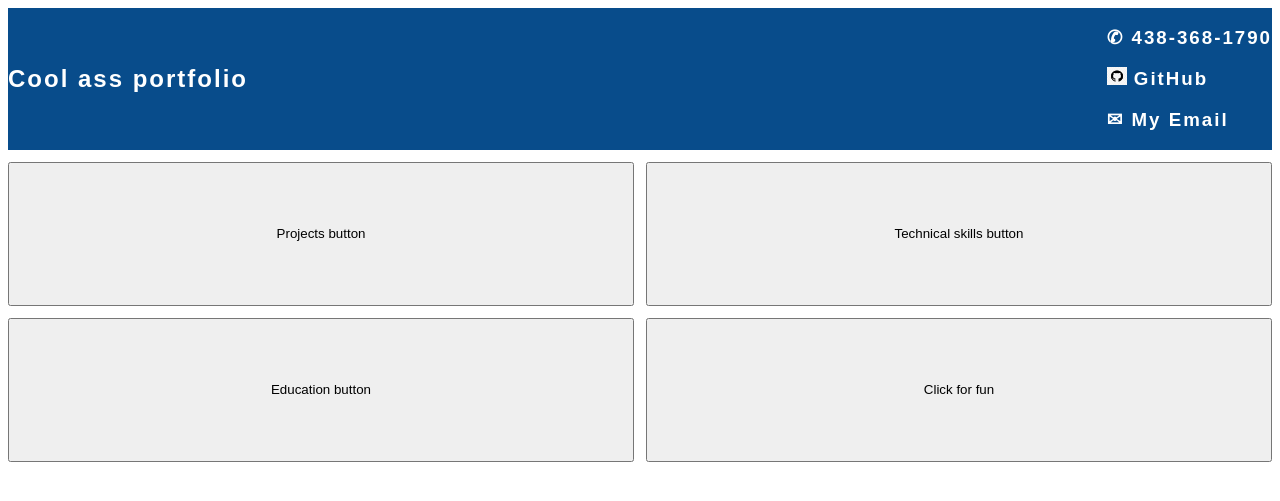
Repository: zackaroo20/zackaroo20
Page: index.html
An editor plug-in stored every save of this project. The page is shown before and after the next save, followed by the edit.
The browser window is 1280 px wide. The pictures show the whole page.

Above is the page before, as saved 2026-05-12 13:03:55.

### index.html
<!doctype html>
<html lang="en">
  <head>
    <meta charset="UTF-8" />
    <meta name="viewport" content="width=device-width, initial-scale=1.0" />
    <title>Document</title>
    <link rel="stylesheet" href="./styles/index.css" />
  </head>
  <header>
        <section id="cap">
            <h1 >Cool ass portfolio</h1>
        </section>
        <aside>
            <h3> ✆ 438-368-1790</h3>
            <h3><a href="https://github.com/zackaroo20"><img src="/assets/specs/GHicon.png  " alt="git hub logo"> GitHub</a></h3>
            <h3><a href="emailto:tomjerrysc@gmail.com"><p class = longemail>✉ My Email</p></a></h3>



        </aside>

    </header>
    <body>
      <section>
        <button>Projects button</button>
        <button>Technical skills button </button>
        <button>Education button</button>
        <button>Click for fun</button>


      </section>




    </body>
  <body>
    <!-- TODO -->
  </body>
</html>

### styles/index.css
@page {
  size: A4;
  margin: 1cm;
}

header {
  font-family: Arial, Helvetica, sans-serif;
  letter-spacing: 2px;
  background-color: #084c8b;
  color: white;
  display: flex;
  justify-content:space-between;
  align-items: center;
  margin-bottom: 12px;
}

section{
  display: grid;
  grid-template-columns: repeat(2, 1fr);
  gap: 12px;
}
img {
  background-color: transparent;

  width: 20px;
  height: 18px;
}
h3 a {
  text-decoration: none;
  color: inherit;
}
 button {
  height: 20vh;
  width: 100%;
 }

After the next save:
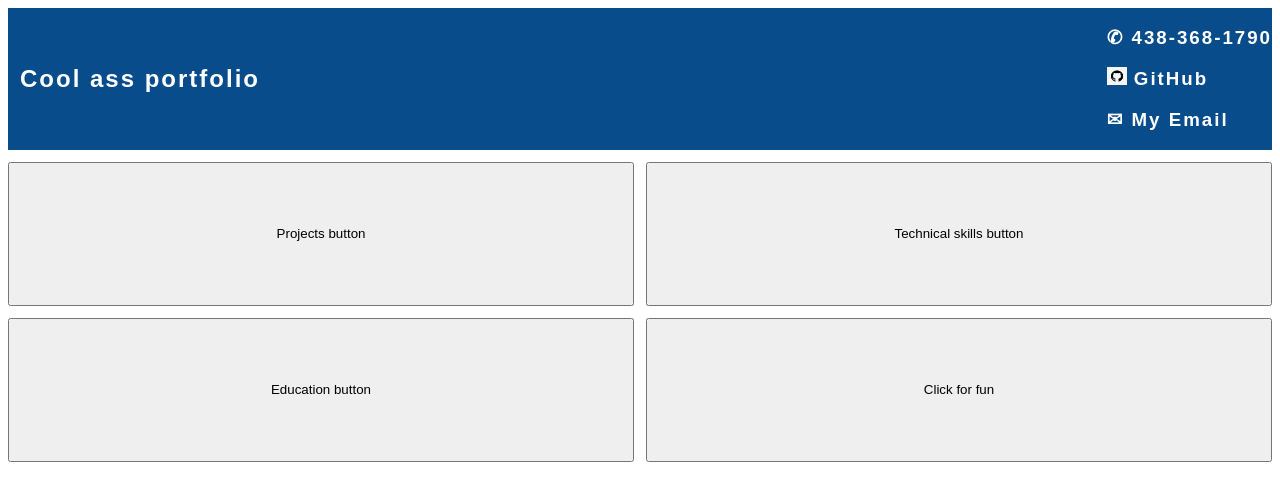
Saved 52 s later.
--- a/styles/index.css
+++ b/styles/index.css
@@ -12,6 +12,13 @@
   justify-content:space-between;
   align-items: center;
   margin-bottom: 12px;
+
+}
+#cap{
+    display: flex;
+
+    align-items: center;
+    margin-left: 12px;
 }
 
 section{

After the save that followed:
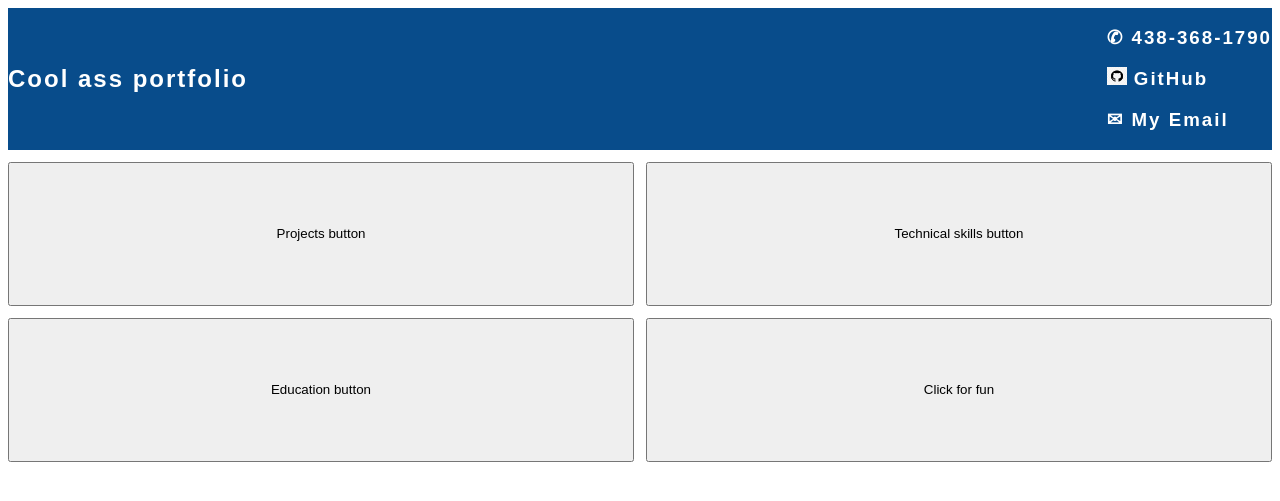
Saved 4 min 49 s later.
--- a/styles/index.css
+++ b/styles/index.css
@@ -9,19 +9,18 @@
   background-color: #084c8b;
   color: white;
   display: flex;
-  justify-content:space-between;
+  justify-content: space-between;
   align-items: center;
   margin-bottom: 12px;
+}
+#cap {
+  display: flex;
 
-}
-#cap{
-    display: flex;
-
-    align-items: center;
-    margin-left: 12px;
+  align-items: center;
+  margin-left: 12px b;
 }
 
-section{
+section {
   display: grid;
   grid-template-columns: repeat(2, 1fr);
   gap: 12px;
@@ -36,7 +35,7 @@
   text-decoration: none;
   color: inherit;
 }
- button {
+button {
   height: 20vh;
   width: 100%;
- }
+}
